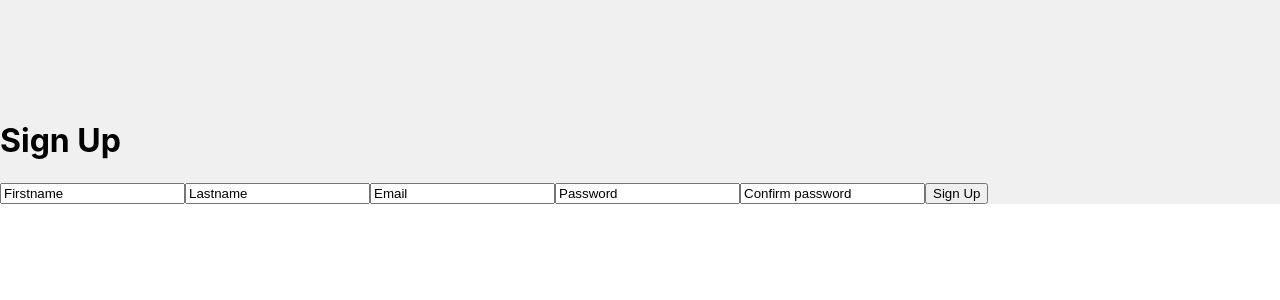
Repository: khamraeva/JSP-homework1-sighup
Page: /
These files come from the project's save history. The page is drawn as it stood at one moment and after the next save; the edit follows.
The browser window is 1280 px wide. The pictures show the whole page.
The project was rebuilt for these pictures with package versions that can differ from the ones it lists, and the page was loaded fresh each time.

Above is the page before, as saved 2020-07-22 16:34:36.

After the next save:
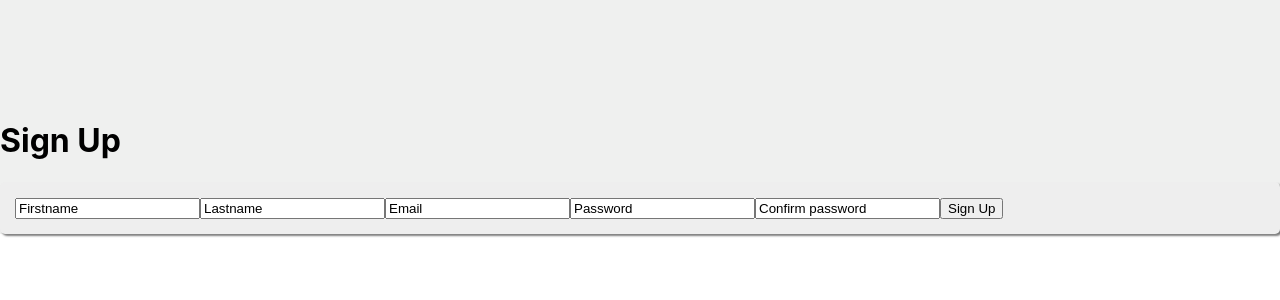
Saved 29 s later.
--- a/src/Components/SignUp/SignUp.css
+++ b/src/Components/SignUp/SignUp.css
@@ -9,5 +9,8 @@
 }
 
 .signup-form {
-    flex-direction: column;
+    background: #eee;
+    box-shadow: 2px 2px 2px rgba(0, 0, 0, .5);
+    padding: 15px;
+    border-radius: 5px;
 }
